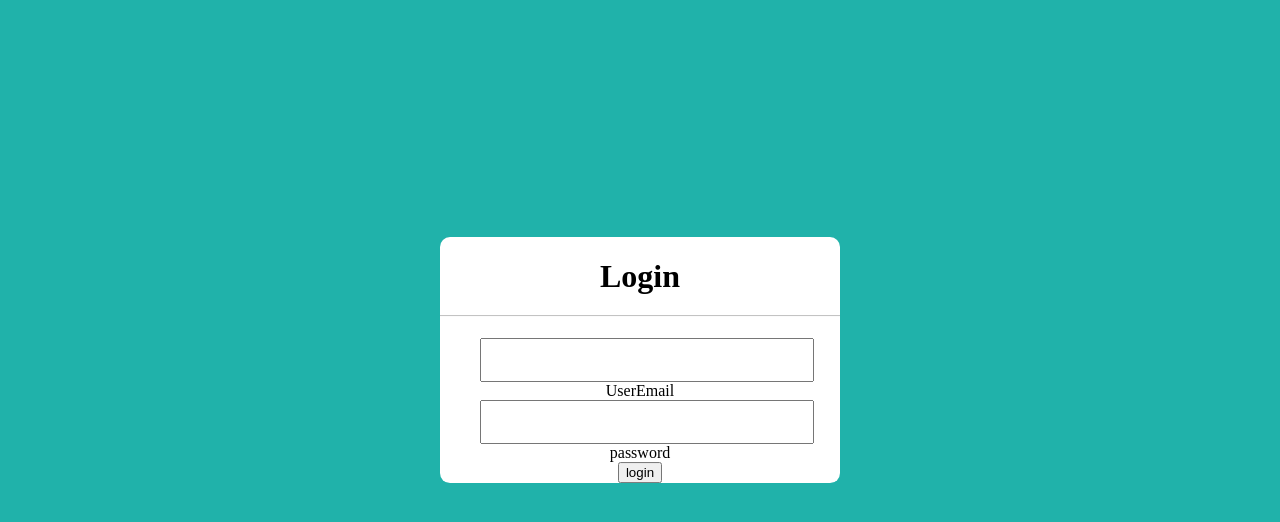
Repository: Aref19/eshop_frontEnd
Page: /
These files come from the project's save history. The page is drawn as it stood at one moment and after a run of saves; the edit follows.
The browser window is 1280 px wide. The pictures show the whole page.
The project was rebuilt for these pictures with package versions that can differ from the ones it lists, and the page was loaded fresh each time.

Above is the page before, as saved 2023-02-23 23:58:57.

After the next 6 saves:
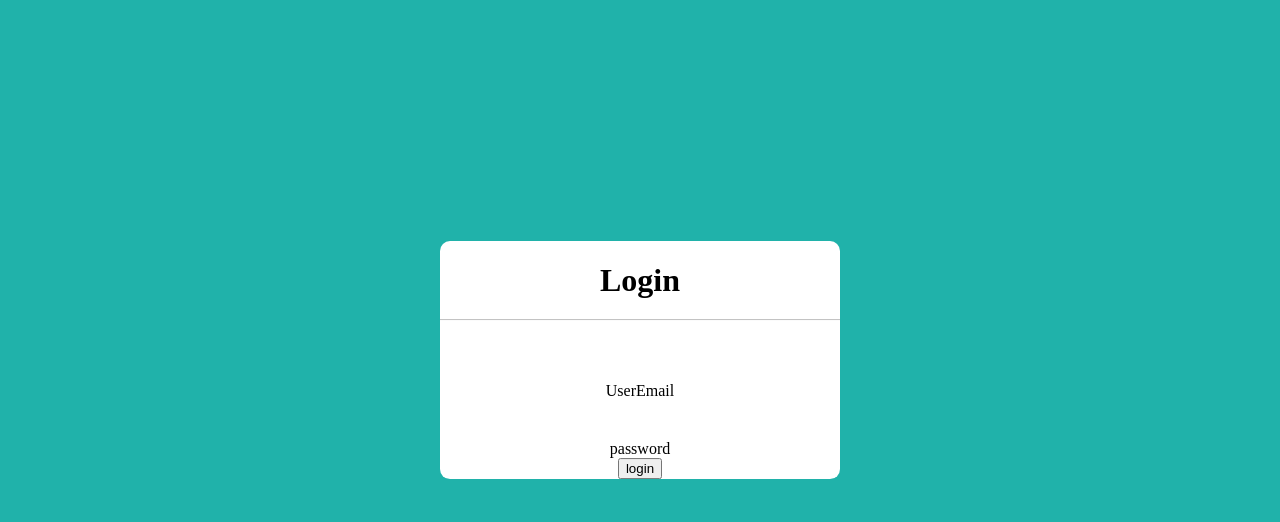
The 6 saves are shown as one change because they came seconds apart.
The last was saved 20 s later.
--- a/src/css/Login.css
+++ b/src/css/Login.css
@@ -42,5 +42,6 @@ form txt_field{
     width: 100%;
     padding: 0 5px;
     height: 40px;
-    font-size: ;
+    font-size: 16px ;
+    border: none;
 }
